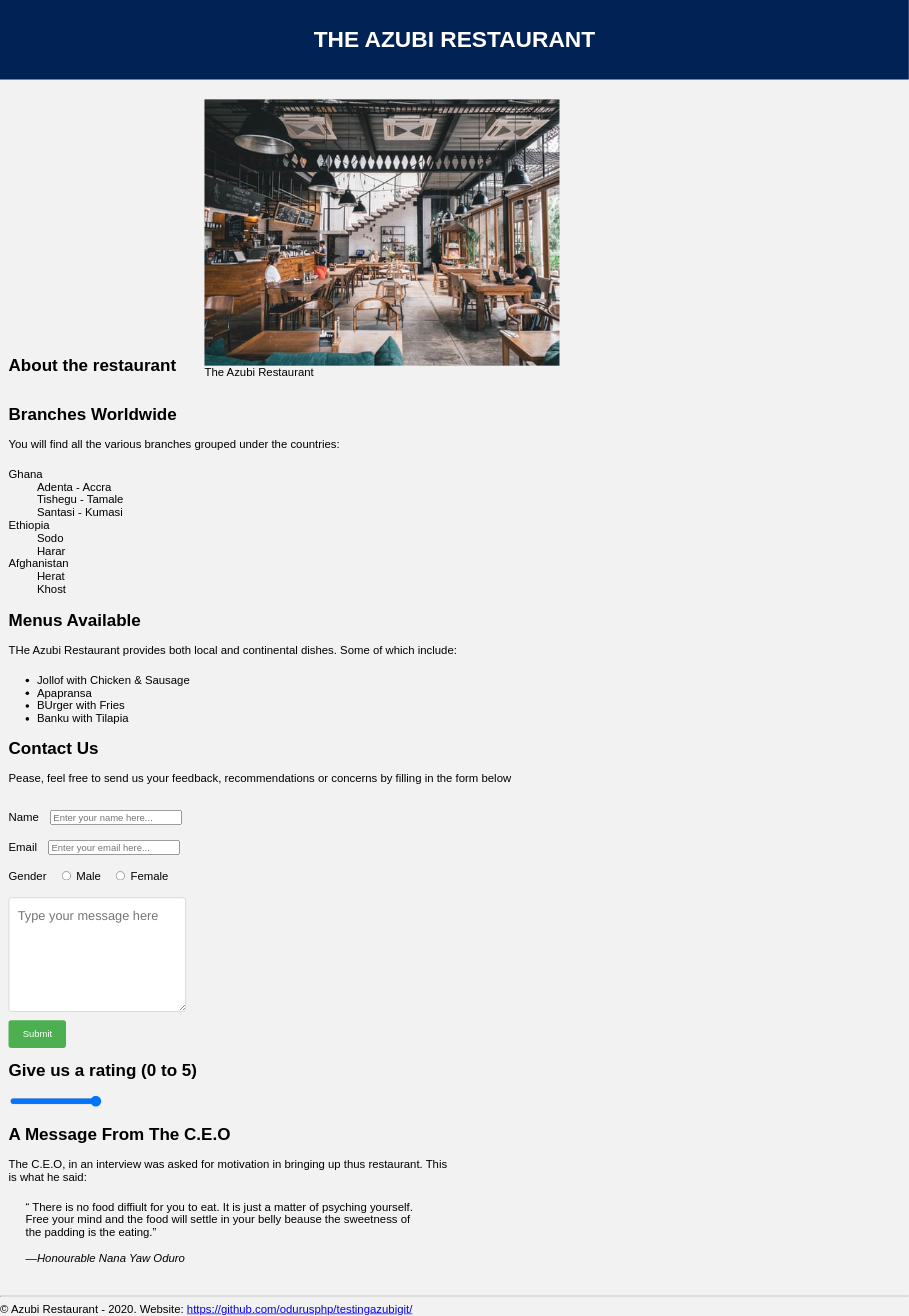
Repository: odurusphp/testingazubigit
Page: Fortune/FortunatusWulnye.html
These files come from the project's save history. The page is drawn as it stood at one moment and after the next save; the edit follows.
The browser window is 1280 px wide. The pictures show the whole page, at 71% of full size.

Above is the page before, as saved 2020-08-03 03:18:27.

### Fortune/FortunatusWulnye.html
<!--COMMENTS THAT ARE MINE ARE WRITTEN IN CAPITAL LETTERS-->
<!--THE GENERAL STRUCTURE OF THE PAGE IS GOOD WITH THE INDENTATION TOO-->
<!--THE CLASSES THAT YOU IMPLEMENTED TOO ARE GREAT KEEP IT UP-->
<!DOCTYPE html>
<html lang="en">
  <head>

    <meta charset="UTF-8" />
    <meta name="viewport" content="width=device-width, initial-scale=1.0" />
    <title>The Azubi Restaurant</title>
    <meta name="descrition" content="A website for Azubi restaurant">
    <meta name="author" content="Fortunatus Aabangbio Wulnye">
    <link rel="stylesheet" href="css/style.css">

  </head>

  <body>

      <header class="main-header">
        <div class="brand">
          <h1 class="site-title"><a href="#">THE AZUBI RESTAURANT</a></h1>
        </div>
      </header>

      <main class="main-container">
        <section class="aboutOne" >

        <aside class="about" >
          <h2>About the restaurant</h2>
          <!-- <p> -->
            <!-- The Azubi Restaurant is a German-based restaurant which provides -->
            <!-- it's customers with both <br /> -->
            <!-- local and continental dishes. It's headquarters is in Bielefeld in -->
            <!-- Germany. -->
          <!-- </p> -->
          <!-- <p> -->
            <!-- The image below is an interior view of the restaurant with a caption. -->
          <!-- </p> -->
          <!--IN ADDING THE IMAGE YOU TYPED OUT THE SRC WRONGLY KINDLY TAKE NOTE AND DO WELL TO REVIEW YOUR PAGE ALWAYS-->
        </aside>
  <div class="about-fig">
    <figure>
      <img src="images/FortununatusWulnyeRestaurant.jpg" alt="Azubi Restaurant" />
      <figcaption>The Azubi Restaurant</figcaption>
    </figure>
  </div>
        </section>

        <section class="branches">
          <h2>Branches Worldwide</h2>
          <p>You will find all the various branches grouped under the countries:</p>
          <dl>
            <dt class="country">Ghana</dt>
            <div class="location">
              <dd>Adenta - Accra</dd>
              <dd>Tishegu - Tamale</dd>
              <dd>Santasi - Kumasi</dd>
            </div>

            <dt class="country">Ethiopia</dt>
            <div class="location">
              <dd>Sodo</dd>
              <dd>Harar</dd>
            </div>

            <dt class="country">Afghanistan</dt>
            <div class="location">
              <dd>Herat</dd>
              <dd>Khost</dd>
            </div>
          </dl>
        </section>

        <section class="menus">
          <h2>Menus Available</h2>
          <p>THe Azubi Restaurant provides both local and continental dishes. Some of which include:</p>
          <ul>
            <li>Jollof with Chicken & Sausage</li>
            <li>Apapransa</li>
            <li>BUrger with Fries</li>
            <li>Banku with Tilapia</li>
          </ul>
        </section>

        <div class="Contact">
          <h2>Contact Us</h2>
          <p>Pease, feel free to send us your feedback, recommendations or concerns by filling in the form below</p>
          <form action="" method="POST">
            <label for="fname">Name</label>
            <input type="text" name="fname" placeholder ="Enter your name here..." required> <br>

            <label for="email">Email</label>
            <input type="text" name="email" placeholder ="Enter your email here..." required> <br>

            <label for="gender">Gender</label>
            <input type="radio" id="male" value="male">
            <label for="gender">Male</label>
            <input type="radio" id="female" value="female">
            <label for="gender">Female</label> <br>

            <textarea name="message" id="" cols="20" rows="5" placeholder="Type your message here"></textarea> <br/>

            <input type="submit" value="Submit"  />
          </form>
          <br>

        </div>
        <br>

        <div class="rating">
          <h2>Give us a rating (0 to 5)</h2>
          <div class="slider">
             <input type="range" min="0" max="5" value="50">
          </div>
        </div>

        <div class="ceomessage">
          <h2>A Message From The C.E.O</h2>
          <P>The C.E.O, in an interview was asked for motivation in bringing up thus restaurant. This<br> is what he said: <blockquote> <q> There is no food diffiult for you to eat. It is just a matter of psyching yourself.<br> Free your mind and the food
          will settle in your belly beause the sweetness of <br> the padding is the eating.</q><br> <br>
        &mdash;<cite>Honourable Nana Yaw Oduro</cite>
      </blockquote>
           </P>
        </div>

      </main>
        <hr />

        <footer>
          &copy; Azubi Restaurant - 2020. Website: <a
          href="https://github.com/odurusphp/testingazubigit/">https://github.com/odurusphp/testingazubigit/</a>
        </footer>

  </body>
</html>

### Fortune/css/style.css
html {
  font-family: sans-serif;
  -webkit-text-size-adjust: 100%;
  -ms-text-size-adjust: 100%;
  justify-content: center;
  align-items: middle;
}
body {
  margin: 0;
  background-color: hsl(0, 0%, 95%);
}

/*--------------------------------------------------------------
Header styles
--------------------------------------------------------------*/

.main-header {
  padding: 1em 0;
  background-color: #002254;
}

.brand {
  /* padding: 70px 0; */
  text-align: center;
  border: "0.5rem solid pink";
}
.site-title a {
  text-decoration: none;
  color: #fff;
  /* -js-display: flex; */
  /* display: flex; */
  /* align-items: baseline; */
  /* margin: 0; */
  /* font-weight: 400; */
  /* text-align: center; */
  /* color: white; */
}

.aboutOne {
  display: flex;
}

.about {
  display: flex;
  flex-direction: column;
  justify-content: end;
}
.main-container {
  border-radius: 2px;
  padding: 12px;
}

aside,
figcaption,
figure,
footer,
header,
main,
nav,
section {
  display: block;
}

a:active,
a:hover {
  outline: 0;
}

b,
strong {
  font-weight: bold;
}

p {
  margin-bottom: 1.5em;
}

h1 {
  font-size: 2em;
  margin: 0.67em 0;
}

img {
  display: block;
  border: 0;
  width: auto;
  height: auto;
}

label {
  padding: 12px 12px 12px 0;
  display: inline-block;
}

input [type="text"],
select,
textarea {
  color: inherit;
  font: inherit;
  margin: 0;
  padding: 12px;
  border: 1px solid #ccc;
  border-radius: 4px;
  resize: vertical;
  margin: 8px 0;
  font-family: "Source Sans Pro", "Helvetica", Arial, sans-serif;
  font-size: 18px;
  line-height: 1.5;
}

input[type="submit"] {
  background-color: #4caf50;
  color: white;
  padding: 12px 20px;
  border: none;
  border-radius: 4px;
  cursor: pointer;
  float: left;
}

select {
  text-transform: none;
}

textarea {
  overflow: auto;
}

input::-moz-focus-inner {
  border: 0;
  padding: 0;
}

input {
  line-height: normal;
}

input[type="radio"] {
  box-sizing: border-box;
  padding: 0;
}

blockquote {
  margin: 0 1.5em;
}

After the next save:
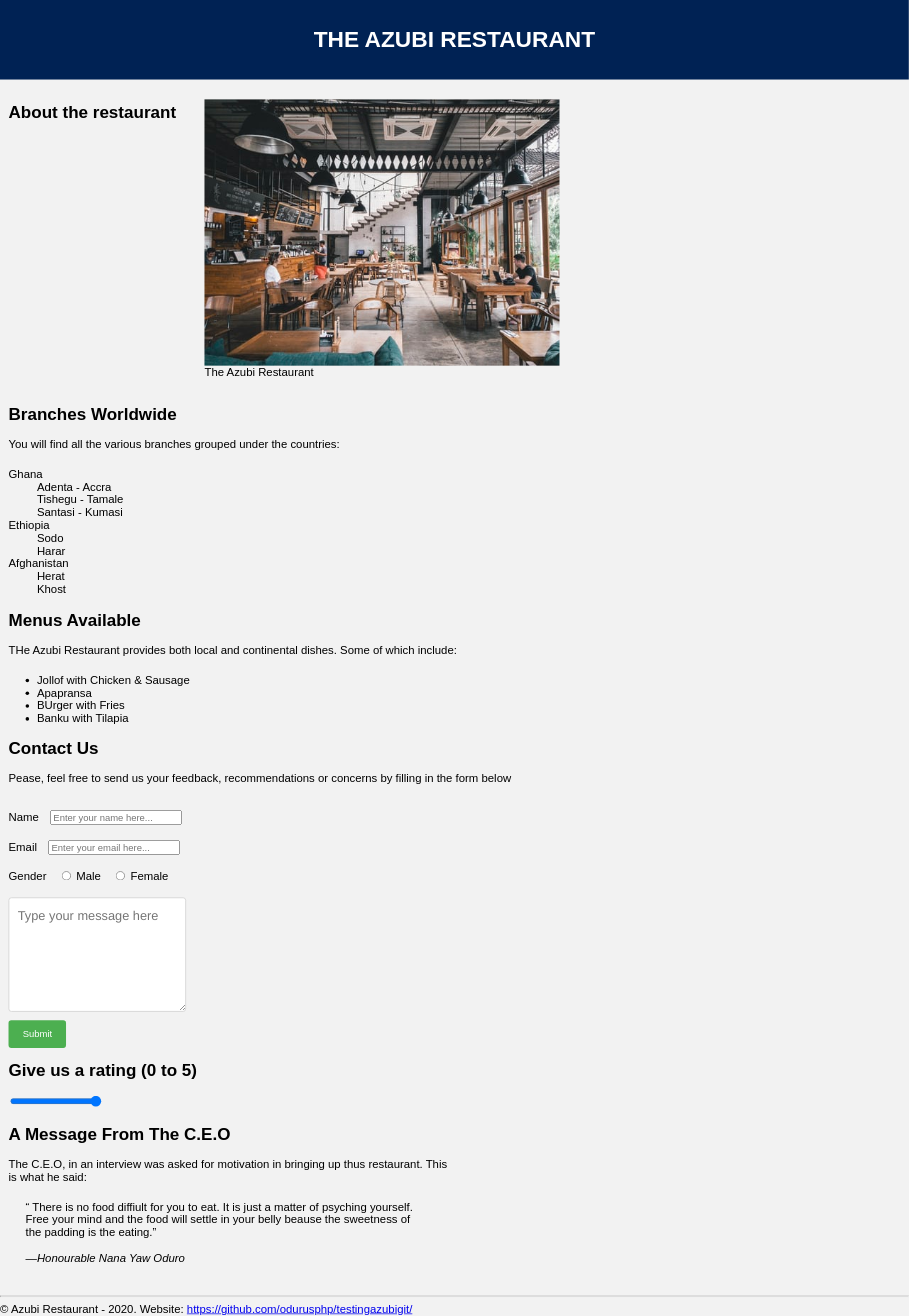
Saved 18 s later.
--- a/Fortune/css/style.css
+++ b/Fortune/css/style.css
@@ -43,7 +43,7 @@
 .about {
   display: flex;
   flex-direction: column;
-  justify-content: end;
+  justify-content: start;
 }
 .main-container {
   border-radius: 2px;

After the save that followed:
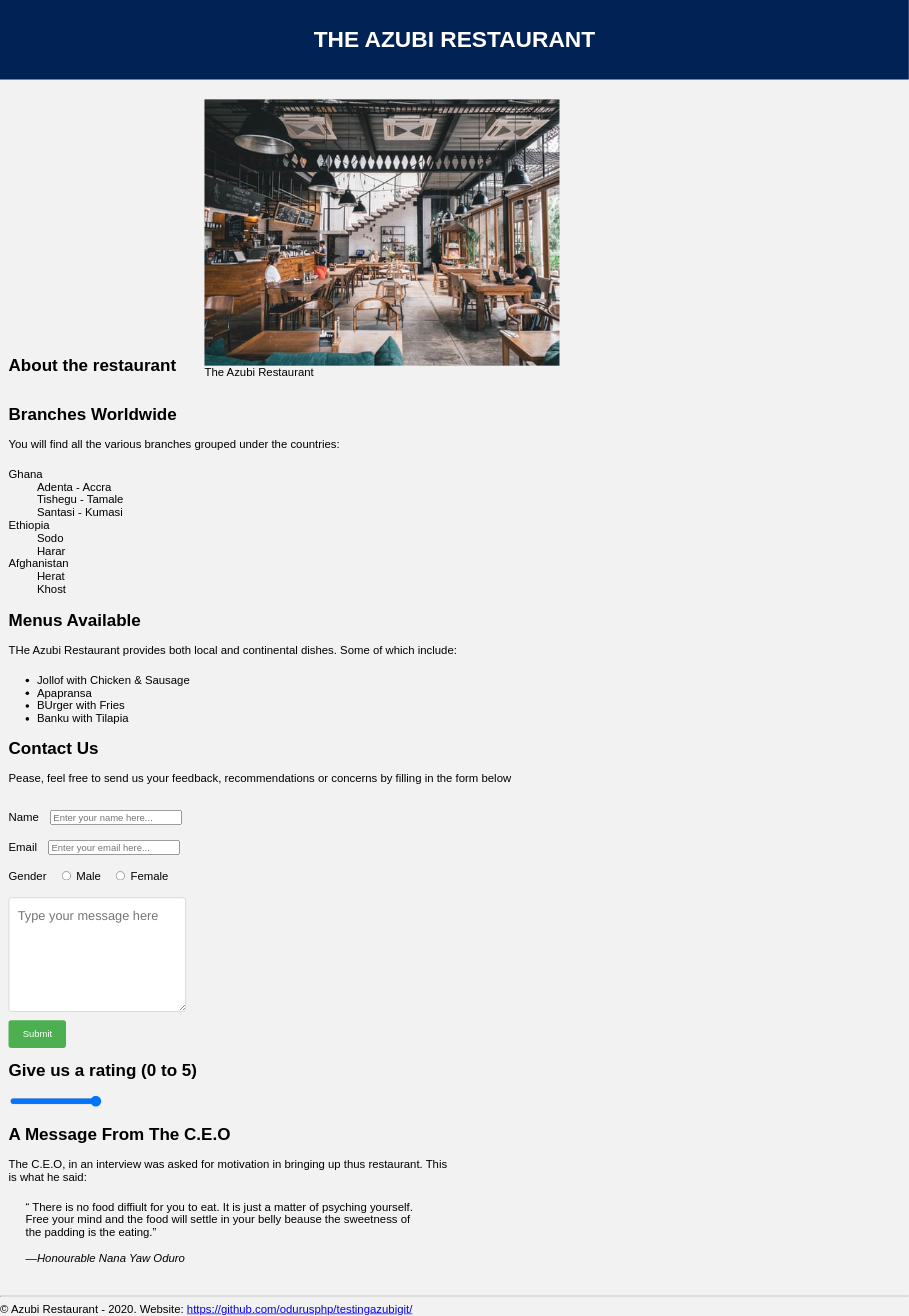
Saved 25 s later.
--- a/Fortune/css/style.css
+++ b/Fortune/css/style.css
@@ -43,7 +43,7 @@
 .about {
   display: flex;
   flex-direction: column;
-  justify-content: start;
+  justify-content: flex-end;
 }
 .main-container {
   border-radius: 2px;
